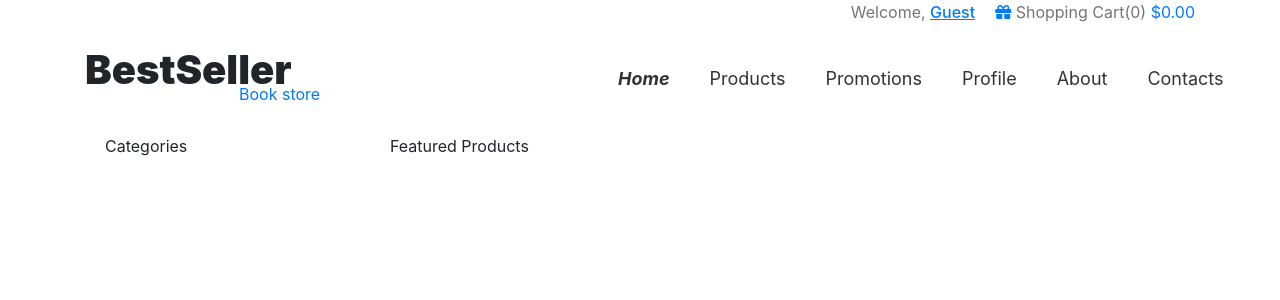
Repository: phunobi1807/BestSeller
Page: index.html
These files come from the project's save history. The page is drawn as it stood at one moment and after the next save; the edit follows.
The browser window is 1280 px wide. The pictures show the whole page.

Above is the page before, as saved 2021-06-28 22:53:42.

After the next save:
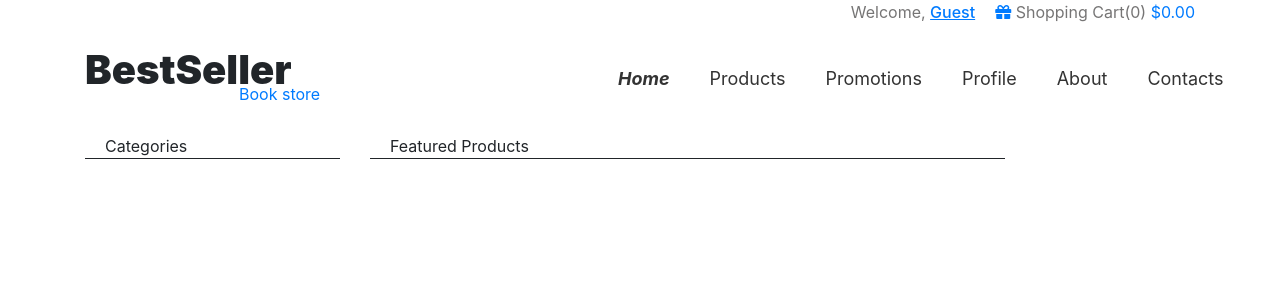
Saved 10 s later.
--- a/css/style.css
+++ b/css/style.css
@@ -79,6 +79,6 @@ html {
 /* Content  */
 
 .side-bar__title, .product__title {
-    position: relative;
+    border-bottom: 1px solid;
     padding: 0 20px;
 }
